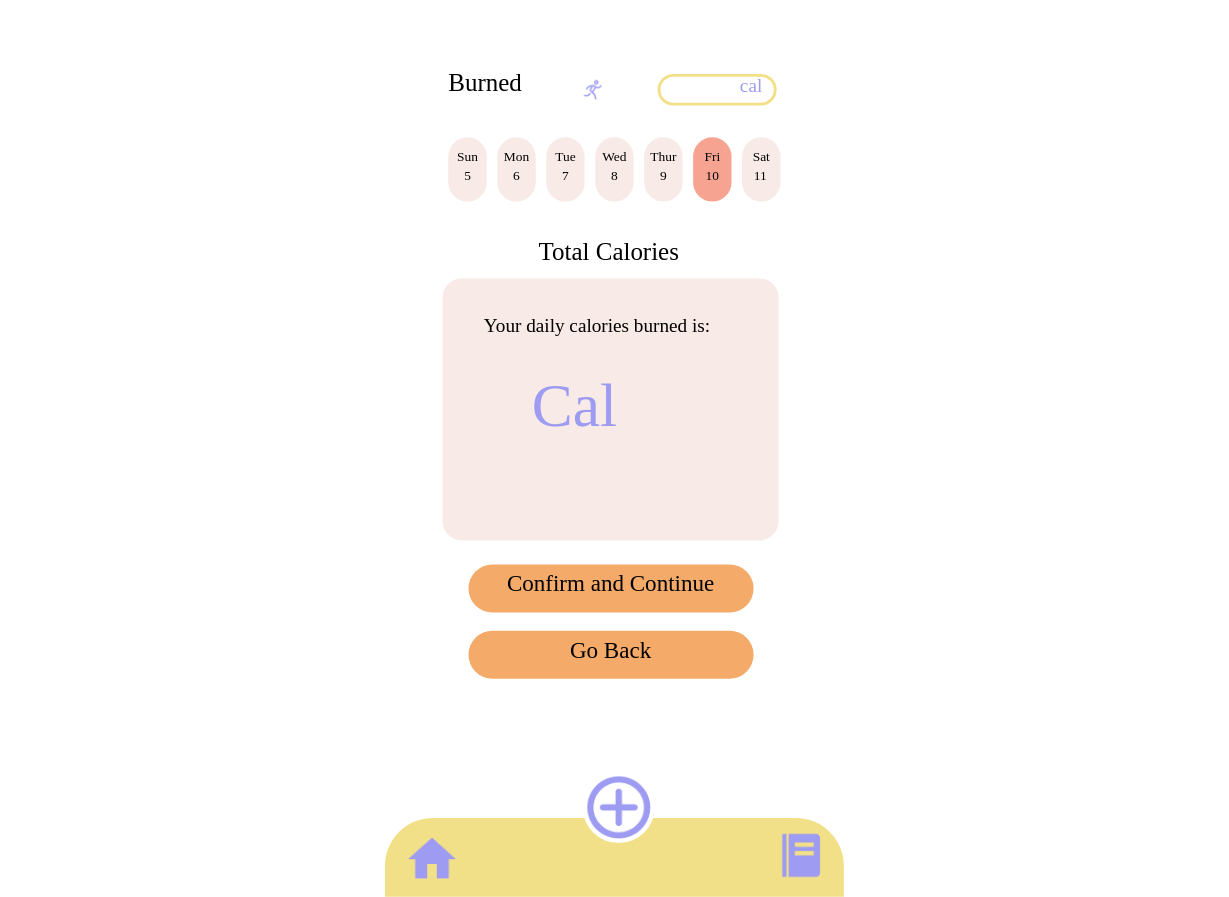
Repository: MeowCeline00/G5-Calorie-Tracker
Page: BurnedCal/index.html
These files come from the project's save history. The page is drawn as it stood at one moment and after the next save; the edit follows.
The browser window is 1280 px wide. The pictures show the whole page, at 96% of full size.

Above is the page before, as saved 2024-05-26 06:32:54.

After the next save:
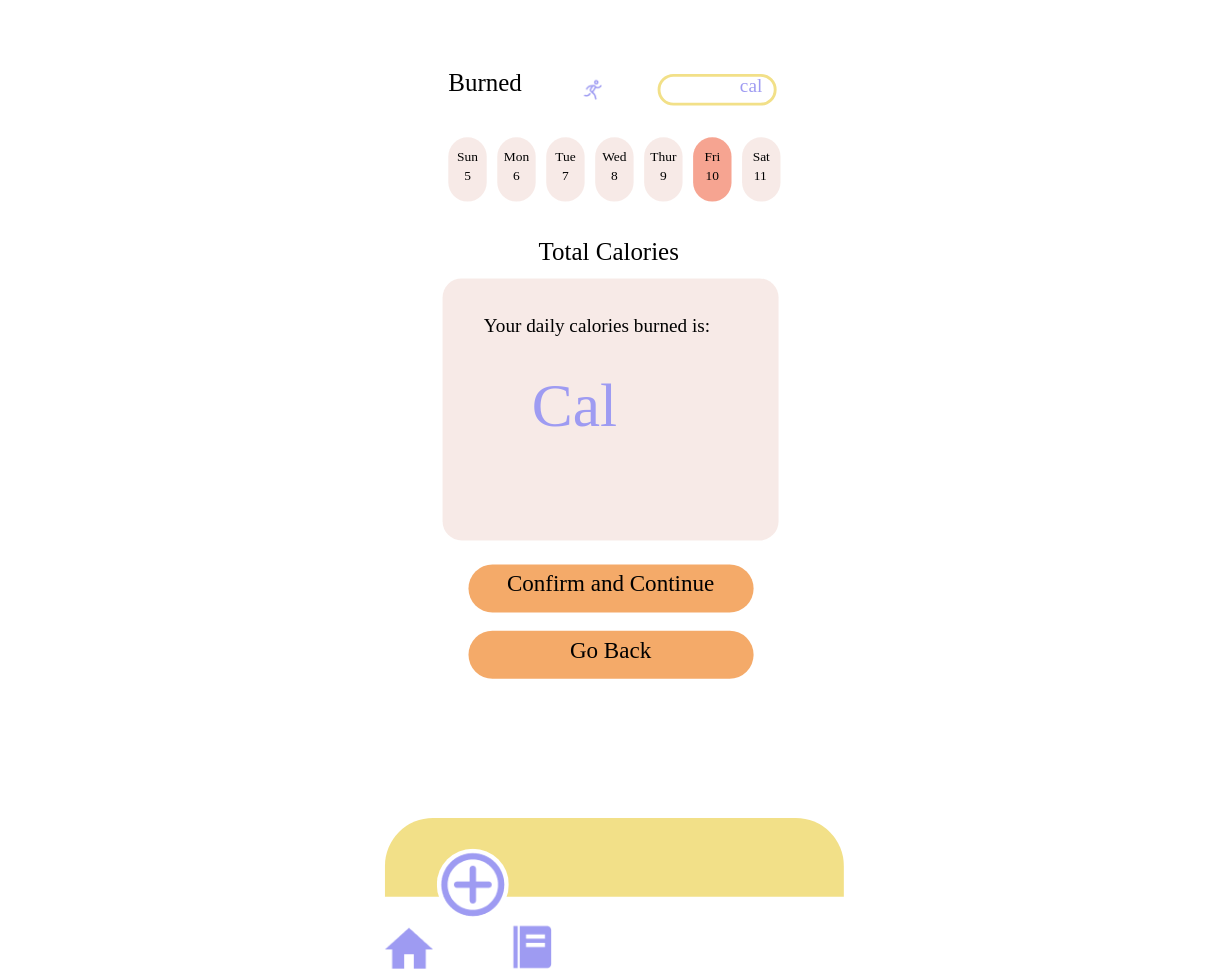
Saved 89 s later.
--- a/BurnedCal/index.html
+++ b/BurnedCal/index.html
@@ -66,7 +66,7 @@
 			</div>
 
 	  <div class="navBarContainer">
-		<div class="navBar"
+		<div class="navBar"></div>
 		<a href="/index.html"><img class="image1" src="/Images/Vector.png "></a>
 		<a href="/index.html"><img class="image02"src="/Images/vector02.png "></a>
 		<a href="/index.html"><img class="image03" src="/Images/Vector1.png"></a>

After the save that followed:
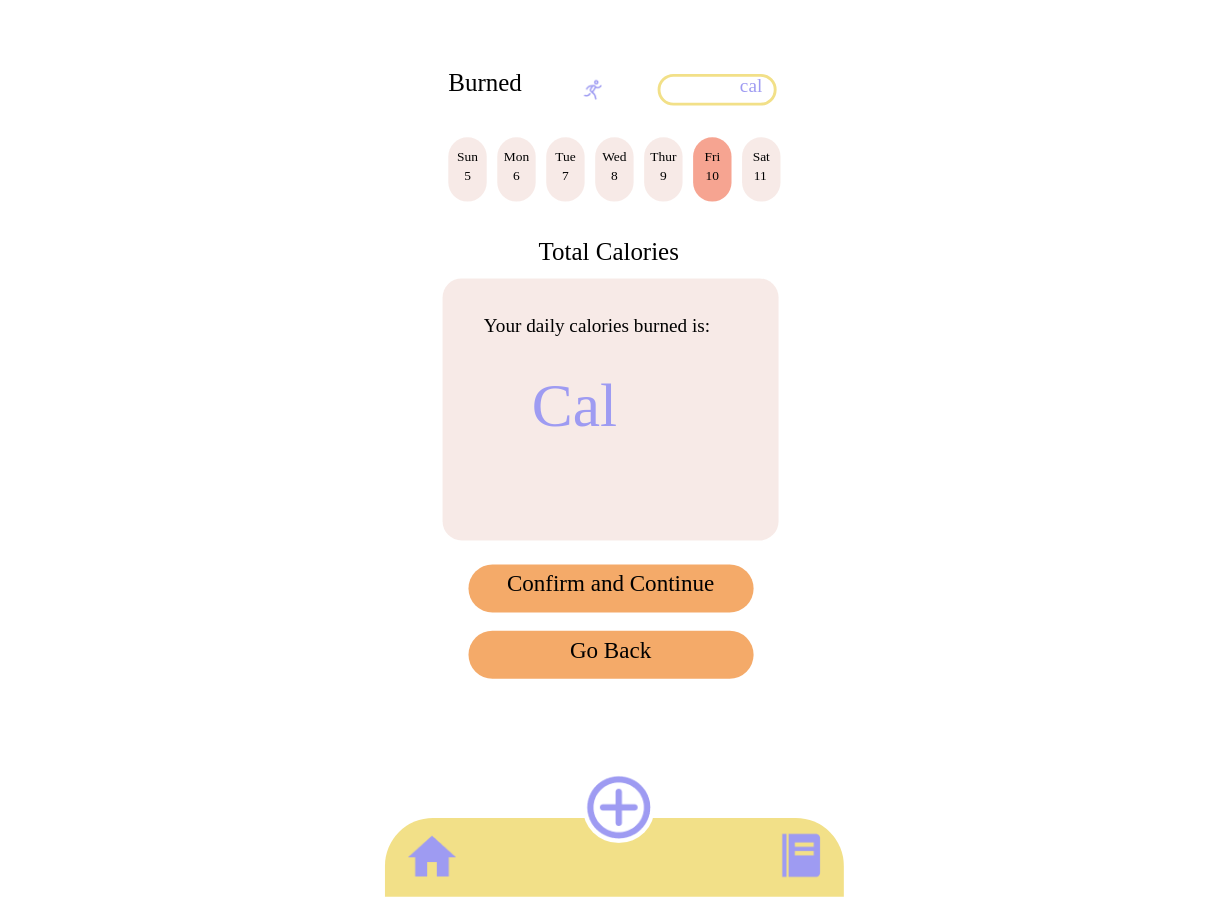
Saved 4 s later.
--- a/BurnedCal/index.html
+++ b/BurnedCal/index.html
@@ -66,7 +66,7 @@
 			</div>
 
 	  <div class="navBarContainer">
-		<div class="navBar"></div>
+		<div class="navBar">
 		<a href="/index.html"><img class="image1" src="/Images/Vector.png "></a>
 		<a href="/index.html"><img class="image02"src="/Images/vector02.png "></a>
 		<a href="/index.html"><img class="image03" src="/Images/Vector1.png"></a>
